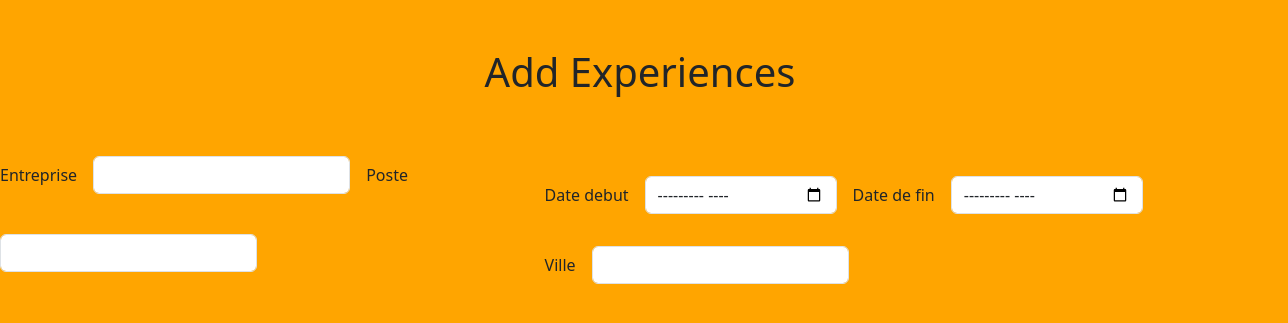
Repository: moAllElite/Examen-EJB-WEB-EAR
Page: http://localhost/SearchJobsWeb/views/exp_form_skills/addExp.jsp
The author's editor kept a copy of each file at every save. The page is drawn from the files as they stood at one save, then again after the next save.
The browser window is 1280 px wide. The page is 1288 px wide, so the pictures cover 1288 px, including what lies to the right of the window. The pictures show the whole page.
The page is served by Tomcat 9. Nobody is signed in. The application's start-up code is not run. Other server files are loaded and not shown.

Above is the page before, as saved 2023-03-25 22:31:28.

### SearchJobsWeb/src/main/webapp/views/exp_form_skills/addExp.jsp
<%@ page language="java" contentType="text/html; charset=ISO-8859-1"
    pageEncoding="ISO-8859-1"%>
<!DOCTYPE html>
<html>
<head>
<meta charset="ISO-8859-1">
<title>Experience</title>
</head>
<body>
	<h1 class="text-center mt-5">Add Experiences</h1>
	<form method="post" action="AddExperience">
		<jsp:include page="main.jsp"></jsp:include>
	</form>
</body>
</html>

### SearchJobsWeb/src/main/webapp/views/exp_form_skills/main.jsp
<%@ page language="java" contentType="text/html; charset=ISO-8859-1"
    pageEncoding="ISO-8859-1"%>
<!DOCTYPE html>
<html>
<head>
<meta charset="ISO-8859-1">
<title>Insert title here</title>
	 <link href="https://cdn.jsdelivr.net/npm/bootstrap@5.3.0-alpha1/dist/css/bootstrap.min.css" rel="stylesheet" integrity="sha384-GLhlTQ8iRABdZLl6O3oVMWSktQOp6b7In1Zl3/Jr59b6EGGoI1aFkw7cmDA6j6gD" crossorigin="anonymous">

	</head>
	<body  style="background-color: orange;">
		<!-- Example Code -->
    <div class="d-flex justify-content-evenly mt-5">
	    <div class="row g-3 align-items-center">
		      <div class="col-auto">
		        <label for="inputPassword6" class="col-form-label">Entreprise</label>
		      </div>
		      <div class="col-auto">
		        <input type="text"  class="form-control" name="societe" name="" aria-describedby="addon-wrapping">
		      </div>
		      <div class="col-auto">
		      <label for="inputPassword6" class="col-form-label">Poste</label>
		    </div>
		    <div class="col-auto">
		      <input type="text"  class="form-control" name="poste" required="required" aria-describedby="addon-wrapping">
		    </div>
	  	</div>
	  	<!-- Example Code -->

	    <div class="row g-3 align-items-center mt-3">
	      <div class="col-auto">
	        <label for="inputPassword6" class="col-form-label">Date debut</label>
	      </div>
	      <div class="col-auto">
	        <input type="month" name="datedb"  class="form-control" required="required"  aria-describedby="addon-wrapping">
	      </div>
	      <div class="col-auto">
	      <label for="inputPassword6" class="col-form-label">Date de fin</label>
	    </div>
	    <div class="col-auto">
	      <input type="month"  name="datefn" required="required" class="form-control"  aria-describedby="addon-wrapping">
	    </div>
	    <div class="row g-3 align-items-center mt-3">
	      <div class="col-auto">
	        <label for="inputPassword6" class="col-form-label">Ville</label>
	      </div>
	      <div class="col-auto">
	        <input type="text" name="ville"  class="form-control" required="required"  aria-describedby="addon-wrapping">
	      </div>
	      </div>
	  </div>
	  </div>
	  	<script src="https://cdn.jsdelivr.net/npm/@popperjs/core@2.11.6/dist/umd/popper.min.js" integrity="sha384-oBqDVmMz9ATKxIep9tiCxS/Z9fNfEXiDAYTujMAeBAsjFuCZSmKbSSUnQlmh/jp3" crossorigin="anonymous"></script>
		<script src="https://cdn.jsdelivr.net/npm/bootstrap@5.3.0-alpha1/dist/js/bootstrap.min.js" integrity="sha384-mQ93GR66B00ZXjt0YO5KlohRA5SY2XofN4zfuZxLkoj1gXtW8ANNCe9d5Y3eG5eD" crossorigin="anonymous"></script>

	</body>
</html>

After the next save:
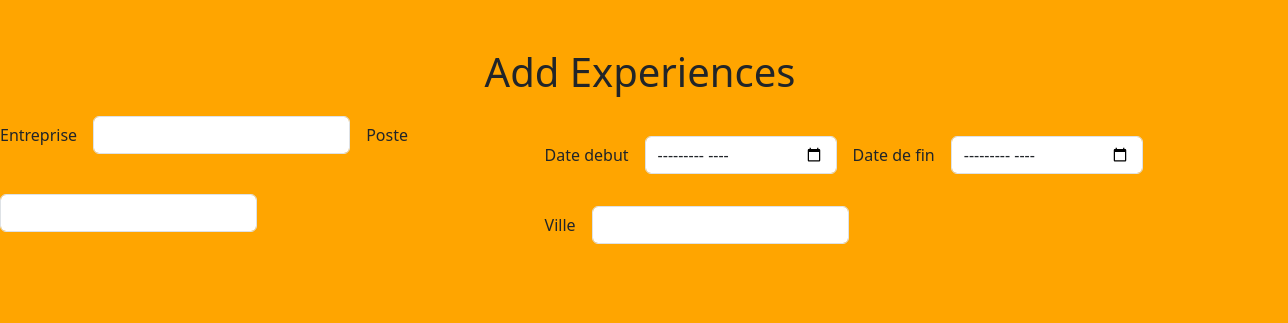
Saved 29 s later.
--- a/SearchJobsWeb/src/main/webapp/views/exp_form_skills/main.jsp
+++ b/SearchJobsWeb/src/main/webapp/views/exp_form_skills/main.jsp
@@ -10,7 +10,7 @@
 	</head>
 	<body  style="background-color: orange;">
 		<!-- Example Code -->
-    <div class="d-flex justify-content-evenly mt-5">
+    <div class="d-flex justify-content-evenly ">
 	    <div class="row g-3 align-items-center">
 		      <div class="col-auto">
 		        <label for="inputPassword6" class="col-form-label">Entreprise</label>
